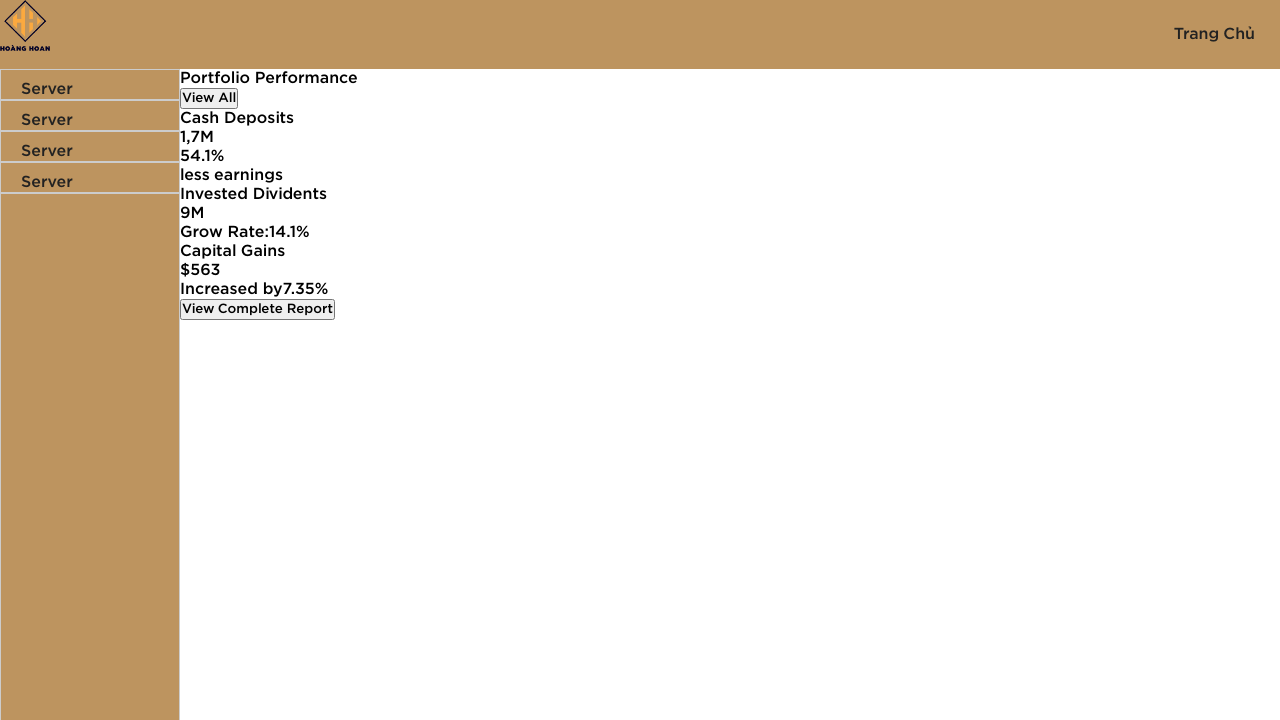
Repository: LDDUNG2003/prj_2
Page: /adminLocal
The author's editor kept a copy of each file at every save. The page is drawn from the files as they stood at one save, then again after the next save.
The browser window is 1280 px wide. The pictures show the whole page.
The project was rebuilt for these pictures with package versions that can differ from the ones it lists, and the page was loaded fresh each time. Also part of the build but not shown: src/layouts/header/itemsHeader/index.js, src/layouts/header/loginHeader/index.js, src/layouts/header/index.js, src/layouts/footer/index.js, src/layouts/defaultLayout/index.js, src/styles/css/home.css, src/font-awesome/index.js, src/pages/home/setProductSlick/index.js and 10 more.

Above is the page before, as saved 2023-10-04 11:14:54.

After the next save:
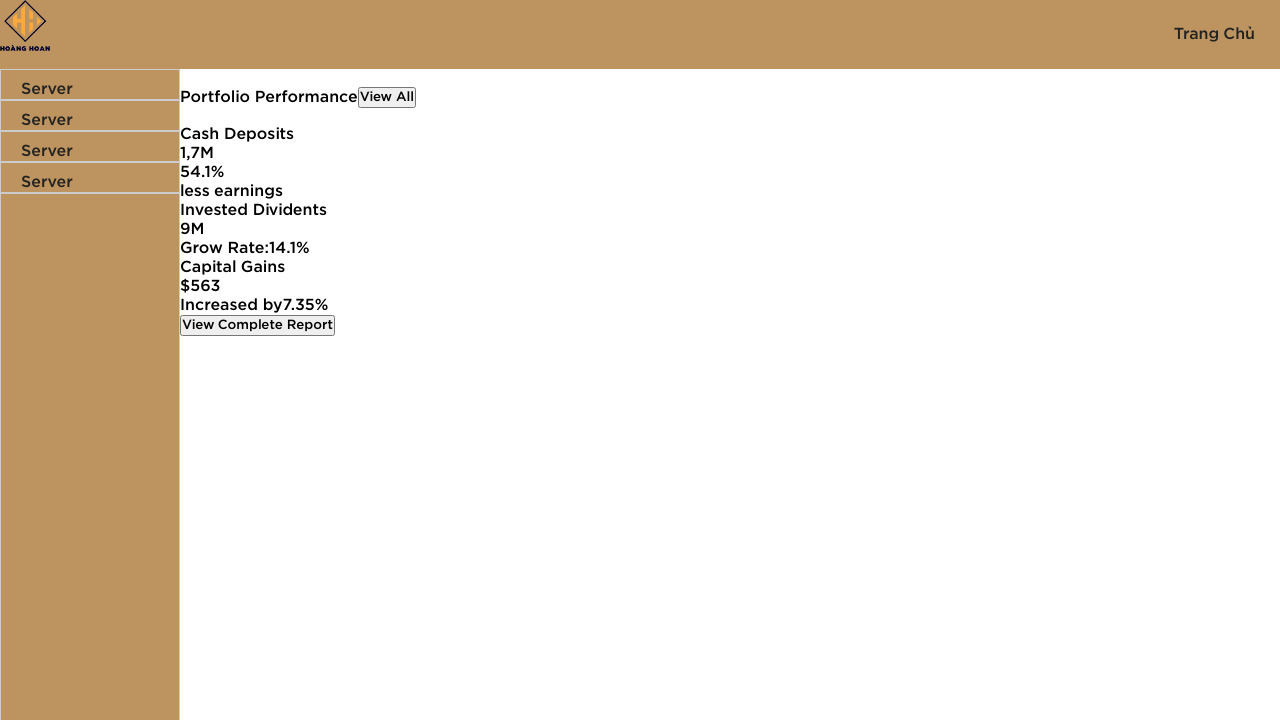
Saved 26 s later.
--- a/src/pages/adminPage/index.js
+++ b/src/pages/adminPage/index.js
@@ -1,3 +1,5 @@
+import './style/index.css'
+
 function AdminLocal() {
     return (
         <>

After the save that followed:
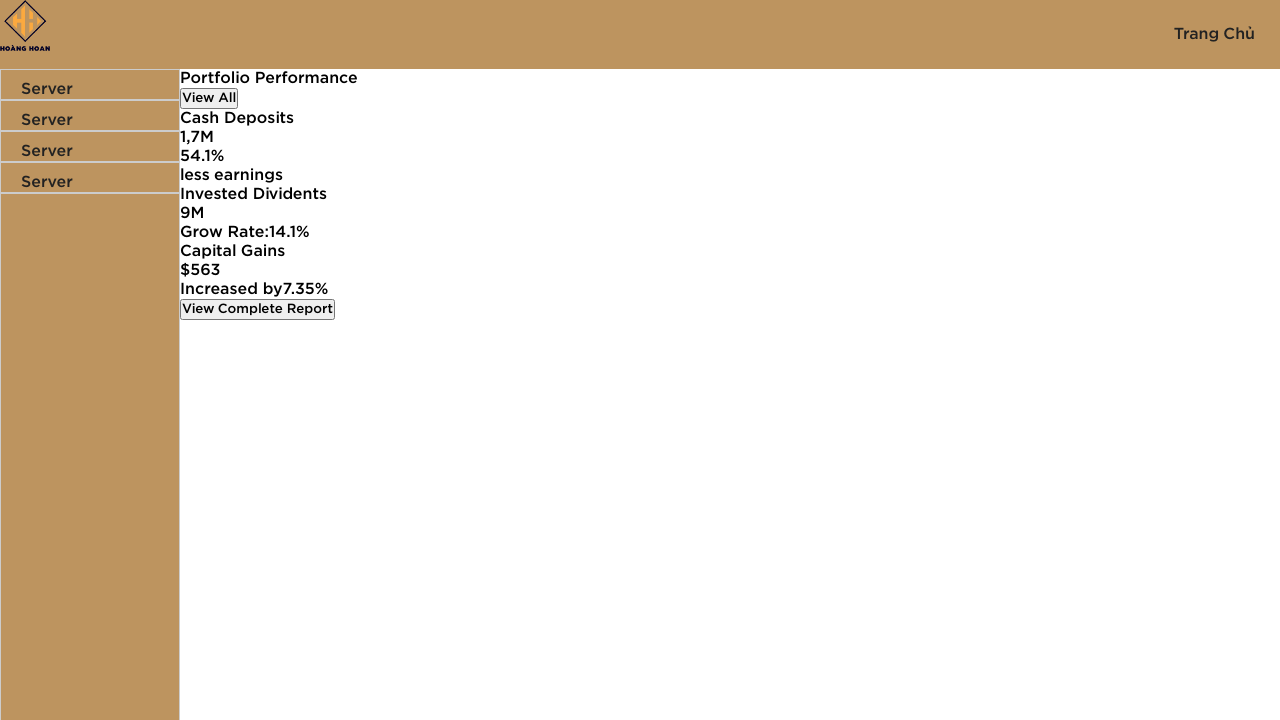
Saved 20 s later.
--- a/src/pages/adminPage/index.js
+++ b/src/pages/adminPage/index.js
@@ -1,10 +1,8 @@
-import './style/index.css'
-
 function AdminLocal() {
     return (
         <>
              <div className="mb-3 card">
-                <div className="admin-local-portfolio">
+                <div className="card-header-tab card-header">
                     <div className="card-header-title font-size-lg text-capitalize font-weight-normal">
                     <i className="header-icon lnr-charts icon-gradient bg-happy-green"> </i>
                     Portfolio Performance
